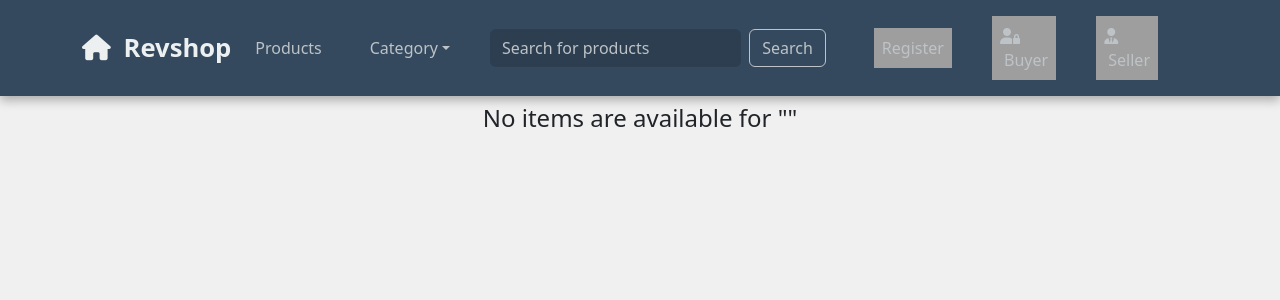
Repository: pratikp99/E-Commerce-Webapp-
Page: http://localhost/Revshop_WebApp/products.jsp?category=0
These files come from the project's save history. The page is drawn as it stood at one moment and after the next save; the edit follows.
The browser window is 1280 px wide. The pictures show the whole page.
Pictures or frames that could not be fetched are drawn as grey boxes. The page is served by Tomcat 10. Queries for data that is not in the repository find no rows.

Above is the page before, as saved 2024-08-30 14:56:30.

After the next save:
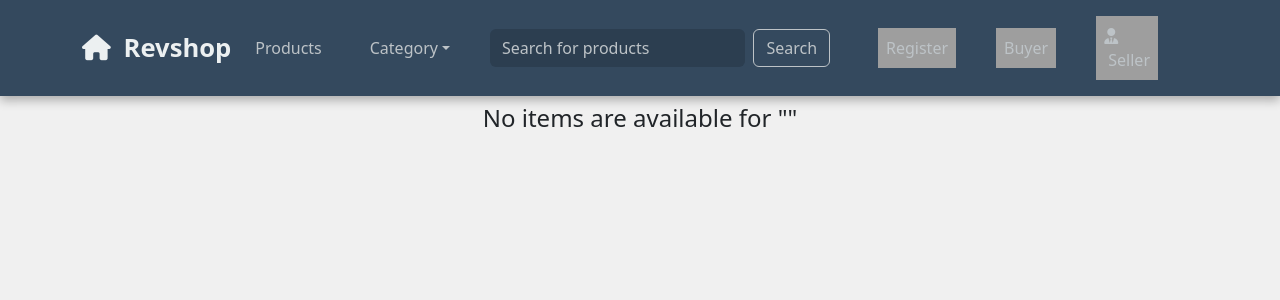
Saved 24 s later.
--- a/Revshop WebApp/src/main/webapp/Components/navbar.jsp
+++ b/Revshop WebApp/src/main/webapp/Components/navbar.jsp
@@ -213,8 +213,7 @@ List<categoryModel> categoryList = catDao.getAllCategories();
             <% } else { %>
             <ul class="navbar-nav ml-auto">
                                 <li class="nav-item active pe-2"><a class="nav-link register-link" aria-current="page" href="register.jsp">Register</a></li>
-                <li class="nav-item pe-2"><a class="nav-link buyer-link" aria-current="page" href="login.jsp"><i
-                            class="fa-solid fa-user-lock"></i>&nbsp;Buyer</a></li>
+                <li class="nav-item pe-2"><a class="nav-link buyer-link" aria-current="page" href="login.jsp">Buyer</a></li>
                 <li class="nav-item pe-2"><a class="nav-link seller-link" aria-current="page" href="adminlogin.jsp"><i
                             class="fa-solid fa-user-tie"></i>&nbsp;Seller</a></li>
             </ul>
